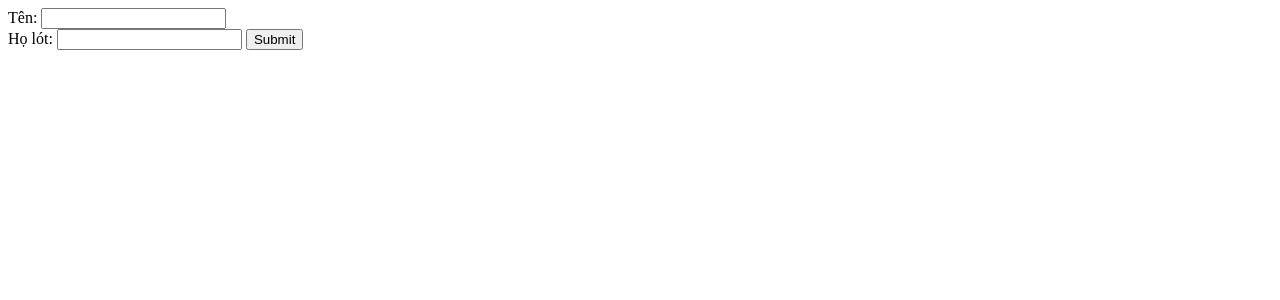
Repository: dangpham258/LapTrinhWeb
Page: BaiTap01/src/main/webapp/login.html
These files come from the project's save history. The page is drawn as it stood at one moment and after the next save; the edit follows.
The browser window is 1280 px wide. The pictures show the whole page.

Above is the page before, as saved 2025-08-22 12:28:43.

After the next save:
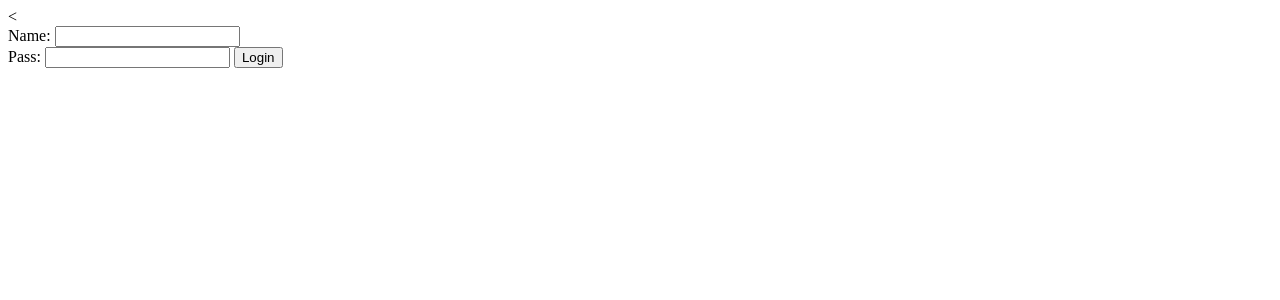
Saved 75 s later.
--- a/BaiTap01/src/main/webapp/login.html
+++ b/BaiTap01/src/main/webapp/login.html
@@ -1,14 +1,15 @@
 <!DOCTYPE html>
 <html>
 <head>
-    <meta charset="UTF-8">
-    <title>Form nhập thông tin</title>
+<meta charset="UTF-8">
+<title>Form nhập thông tin</title>
 </head>
 <body>
-	<form action="CreateCookie" method="POST">
-		Tên: <input type="text" name="ten"> <br />
-		Họ lót:  <input type="text" name="holot" />
-		<input type="submit" value="Submit" />
+	<
+	<form action="CreateSession" method="POST">
+		Name: <input type="text" name="username"> <br />
+		Pass: <input type="password" name="password" />
+			<input type="submit" value="Login" />
 	</form>
 </body>
 </html>
